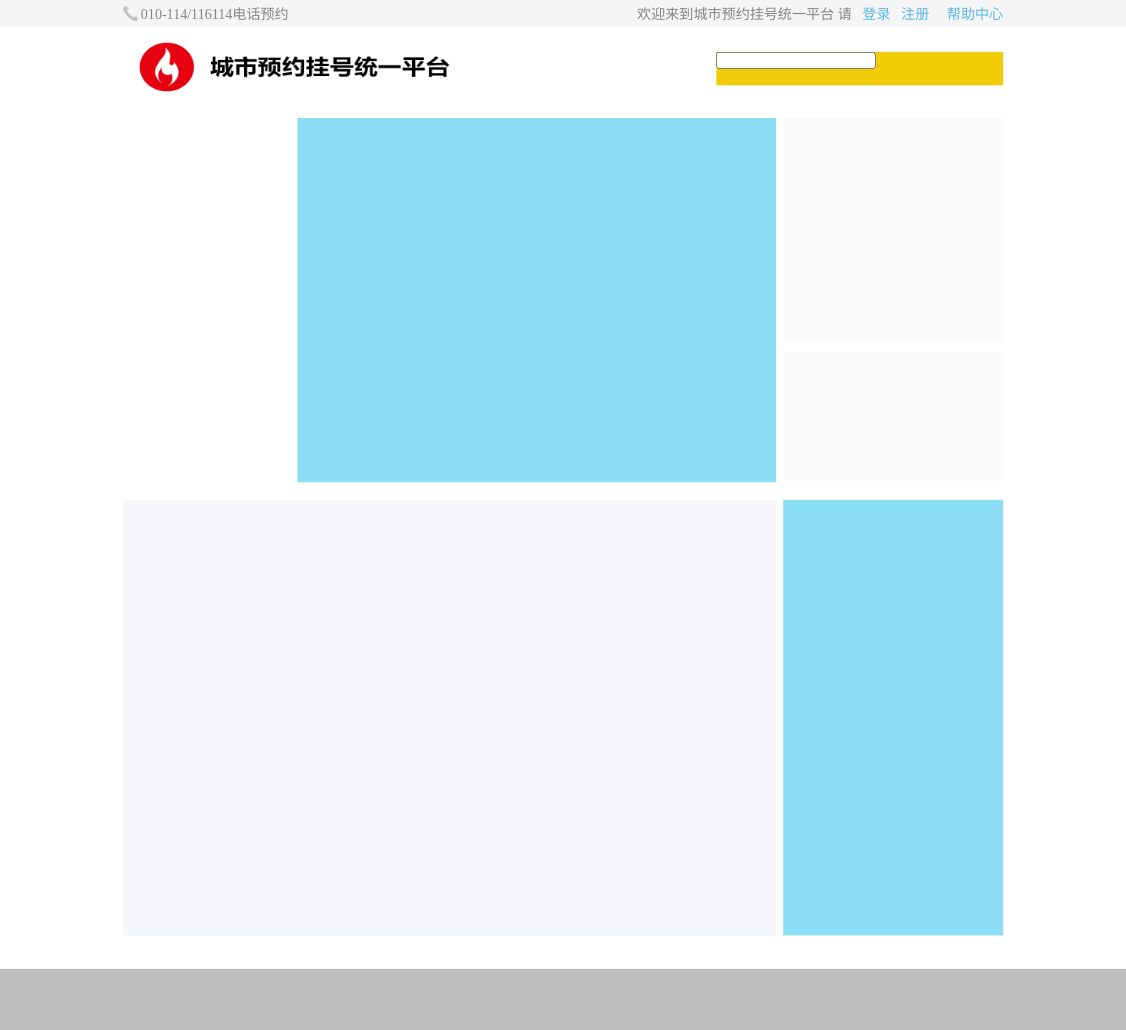
Repository: zhenzhen-gong/HospitalDemo
Page: index.html
The author's editor kept a copy of each file at every save. The page is drawn from the files as they stood at one save, then again after the next save.
The browser window is 1280 px wide. The pictures show the whole page, at 88% of full size.

Above is the page before, as saved 2020-07-08 15:57:16.

After the next save:
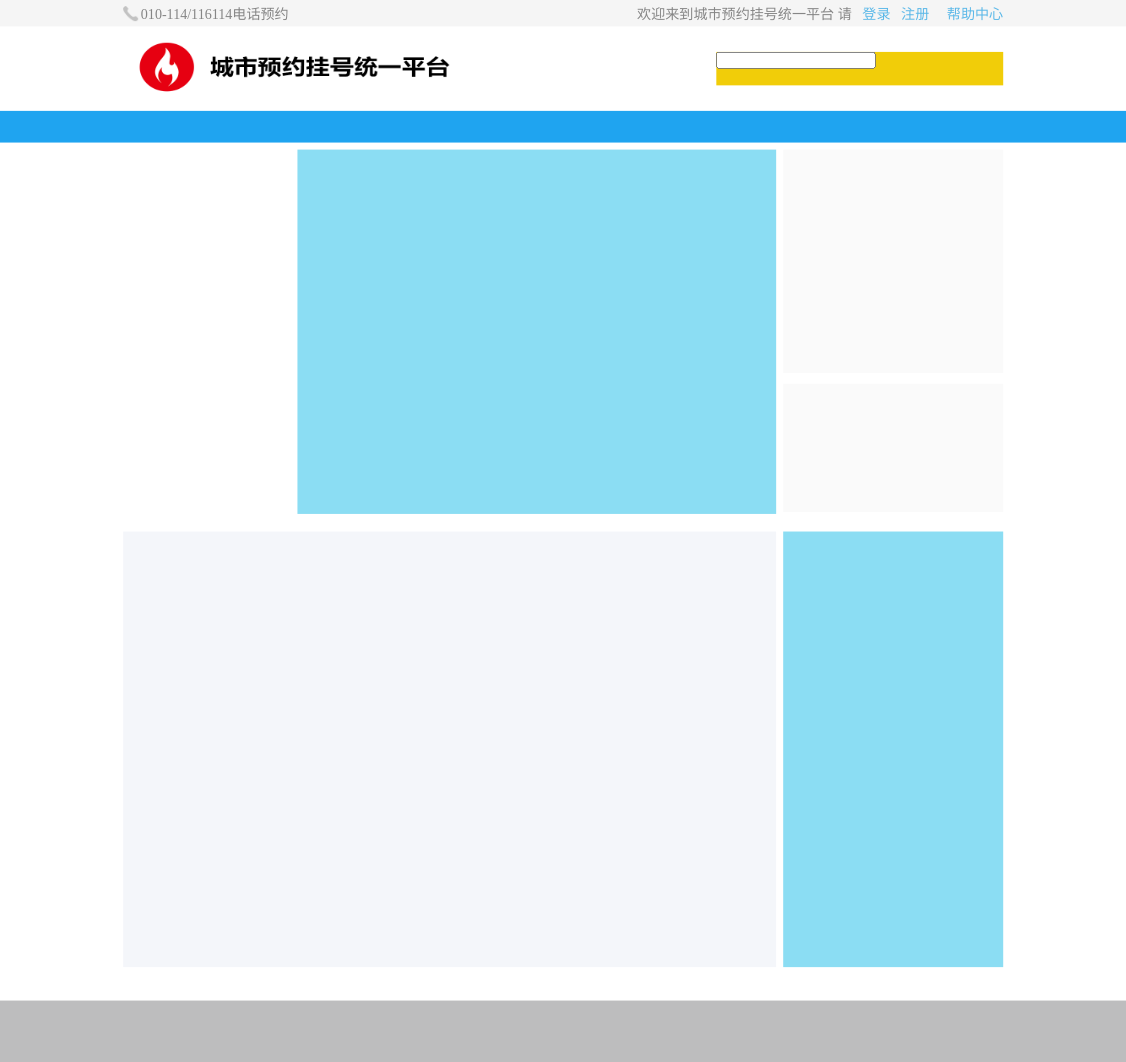
Saved 6 s later.
--- a/css/style.css
+++ b/css/style.css
@@ -48,7 +48,7 @@
     width: 326px;
     background: #f1cd09;
 }
-.header .header-wrap .search
+
 
 /* nva导航部分 */
 .nav{
